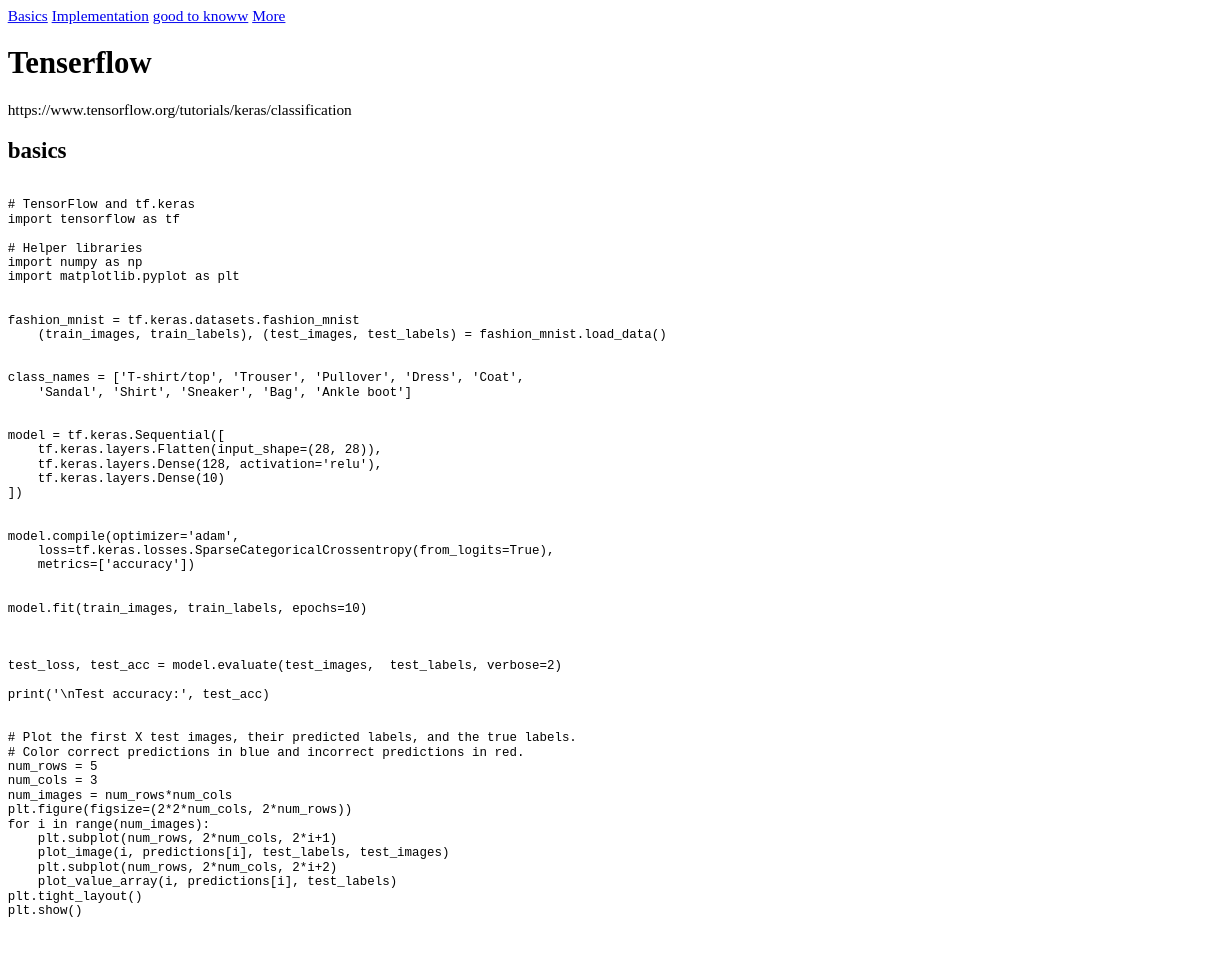
Repository: Max-Rohrhirsch/Max-Rohrhirsch.github.io
Page: documentation/libaries/tenserflow.html
These files come from the project's save history. The page is drawn as it stood at one moment and after the next save; the edit follows.
The browser window is 1280 px wide. The pictures show the whole page, at 96% of full size.

Above is the page before, as saved 2023-10-06 23:34:36.

After the next save:
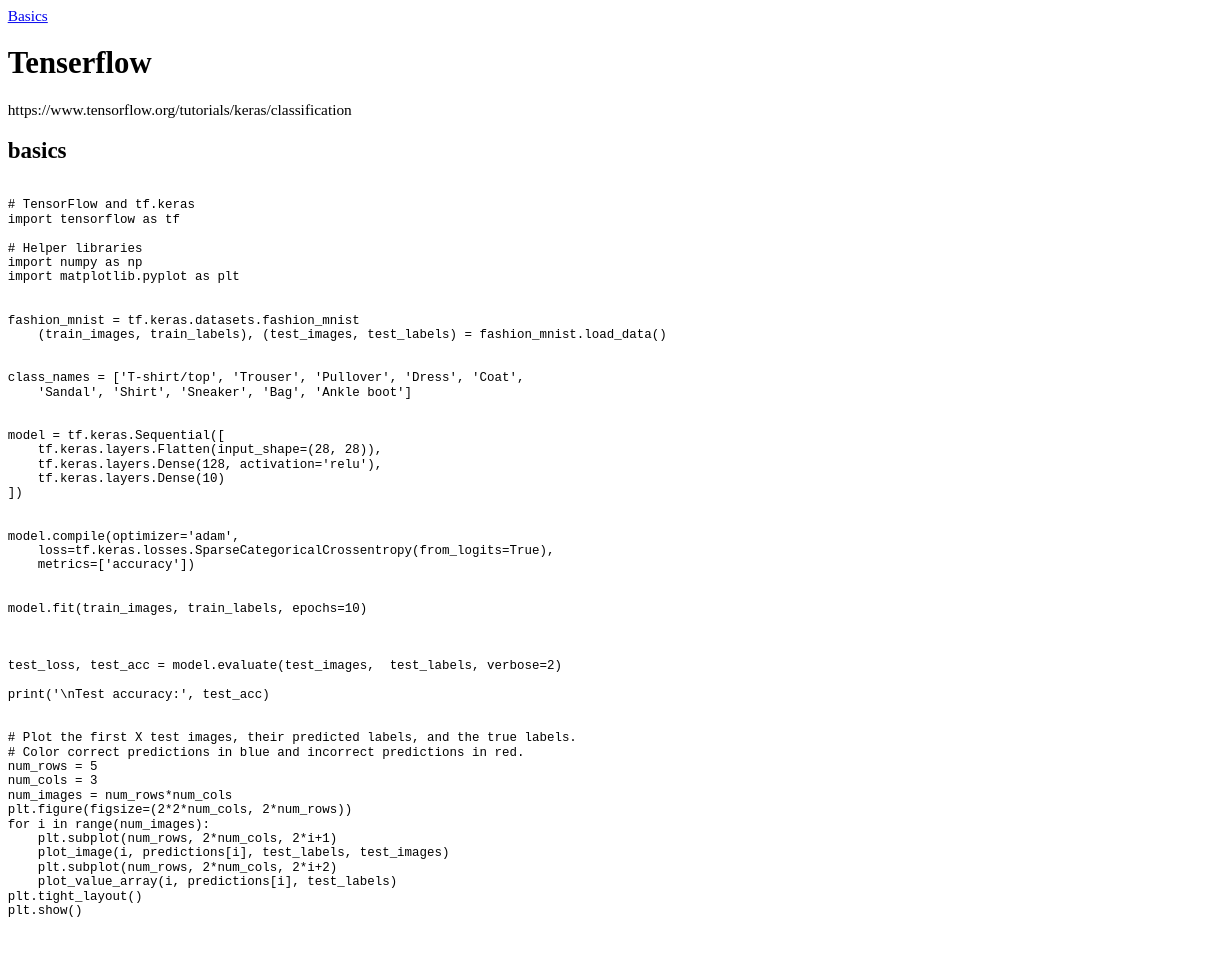
Saved 12 s later.
--- a/documentation/libaries/tenserflow.html
+++ b/documentation/libaries/tenserflow.html
@@ -3,10 +3,7 @@
 
         <!-- ------ SIDE NAVIGATION BAR ----- -->
         <div class="sidenav">
-            <a href="/documentation/languages/tenserflow/tenserflow.html">Basics</a>
-            <a href="/documentation/languages/tenserflow/implementation.html">Implementation</a>
-            <a href="/documentation/languages/tenserflow/know.html">good to knoww</a>
-            <a href="/documentation/languages/tenserflow/more.html">More</a>
+            <a href="/documentation/languages/tenserflow.html">Basics</a>
         </div>
 
         <!-- ------ MAIN CONTENT ----- -->
